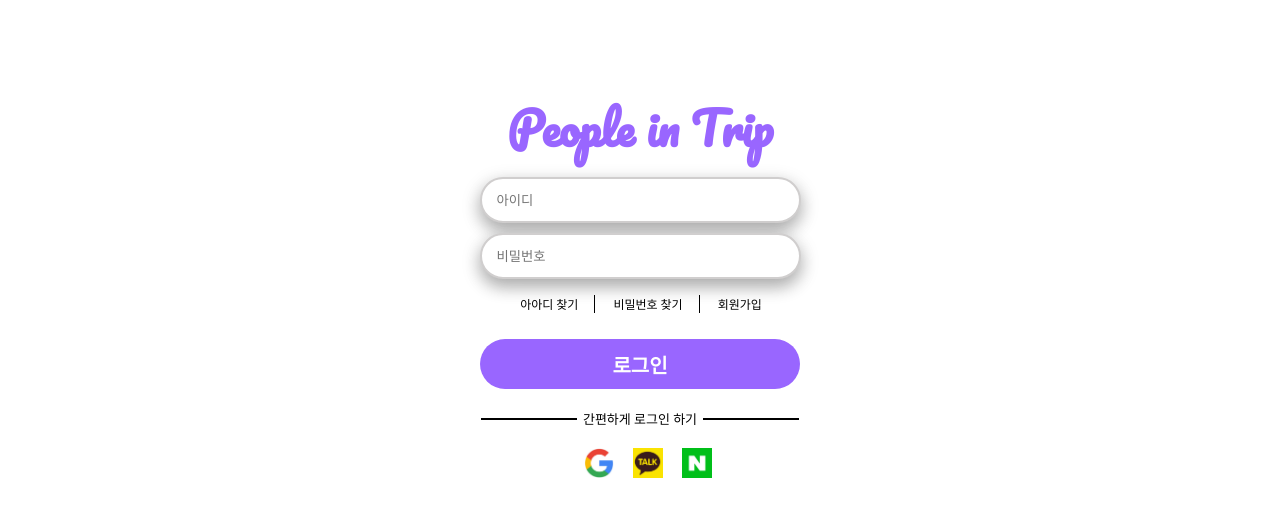
Repository: kimjinmin4535/ezen_loginteam
Page: http://localhost/Ezen_Project/login/login.jsp
An editor plug-in stored every save of this project. The page is shown before and after the next save, followed by the edit.
The browser window is 1280 px wide. The pictures show the whole page.
The page is served by Tomcat 9. Other server files are loaded and not shown.

Above is the page before, as saved 2022-07-05 08:13:59.

### Ezen_Project/src/main/webapp/login/login.jsp
<%@ page language="java" contentType="text/html; charset=UTF-8"
    pageEncoding="UTF-8"%>
<!DOCTYPE html>
<html>
<head>
<meta charset="UTF-8">
<title>로그인</title>
<link rel="stylesheet" href="../resources/css/login/login.css" />
<link href='https://fonts.googleapis.com/css?family=Pacifico' rel='stylesheet'>
</head>
<body>
	<div class="login_form">
		<h1>People in Trip</h1>
		<form action="#">
			<div>
				<input type="text" placeholder="아이디" id="login_id" onfocus="this.placeholder='';" onblur="this.placeholder='아이디'" /><br>
				<input type="password" placeholder="비밀번호" id="login_pw" onfocus="this.placeholder='';" onblur="this.placeholder='비밀번호'" />
				<ul>
					<li id="login_menu"><a href="#" id="login_menu">아아디 찾기</a></li>
					<li id="login_menu"><a href="#" id="login_menu">비밀번호 찾기</a></li>
					<li id="login_menu"><a href="#" id="login_menu">회원가입</a></li>
				</ul>
				<button type="submit" id="login_bt"><strong>로그인</strong></button>
			</div>
		</form>
		<div>
			<p id="login_ez">간편하게 로그인 하기</p><br>
			<a href="#"><img src="../resources/images/google.png" /></a>
			<a href="#"><img src="../resources/images/kakao.png" /></a>
			<a href="#"><img src="../resources/images/naver.png" /></a>
		</div>
	</div>
</body>
</html>

### Ezen_Project/src/main/webapp/resources/css/login/login.css
@charset "UTF-8";

.login_form {
	text-align: center;
	margin-top: 7%;
}

#login_menu {
	text-decoration: none;
	list-style: none;
	display: inline-block;
	color: black;
	font-size: 12px;
	border-left: 1px solid black;
	padding: 0px 40px 0px 20px;
	margin: 0px -23px 0px -22px;
}
#login_menu:first-child {
	border-left: none;
}

h1 {
	color: #9966ff;
	font-family: Pacifico;
	font-size: 45px;
	margin-bottom: 10px;
}

#login_id {
	border-radius: 25px;
	height: 40px;
	width: 300px;
	padding-left: 15px;
	border: 2px solid #d0cece;
	box-shadow: 0 8px 16px 0 rgba(0,0,0,0.2), 0 6px 20px 0 rgba(0,0,0,0.19);
	outline: none;

}

#login_pw {
	border-radius: 25px;
	height: 40px;
	width: 300px;
	margin-top: 10px;
	padding-left: 15px;
	border: 2px solid #d0cece;
	box-shadow: 0 8px 16px 0 rgba(0,0,0,0.2), 0 6px 20px 0 rgba(0,0,0,0.19);
	outline: none;
}

#login_bt {
	border-radius: 25px;
	height: 50px;
	width: 320px;
	margin-top: 10px;
	background-color: #9966ff;
	border: #9966ff;
	color: white;
	cursor: pointer;
	font-size: 20px;
}

#login_ez {
	display: inline-flex;
	align-items: center;
	color: black;
	font-size: 13px;
	margin: 20px 0px;
	width: 330px;
}
#login_ez::before,
#login_ez::after {
	content: "";
	flex-grow: 1;
	background: black;
	height: 2px;
	font-size: 0px;
	line-height: 0px;
	margin: 0px 6px;
}

img {
	width: 30px;
	height: 30px;
	padding-left: 15px;
}

After the next save:
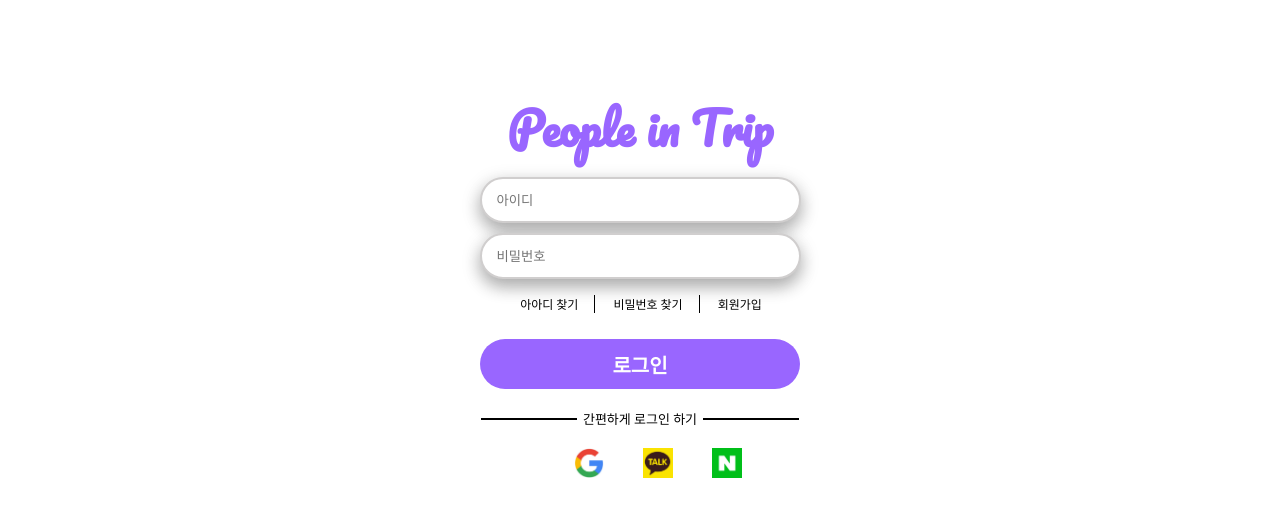
Saved 7 s later.
--- a/Ezen_Project/src/main/webapp/resources/css/login/login.css
+++ b/Ezen_Project/src/main/webapp/resources/css/login/login.css
@@ -82,5 +82,5 @@
 img {
 	width: 30px;
 	height: 30px;
-	padding-left: 15px;
+	padding-left: 35px;
 }
